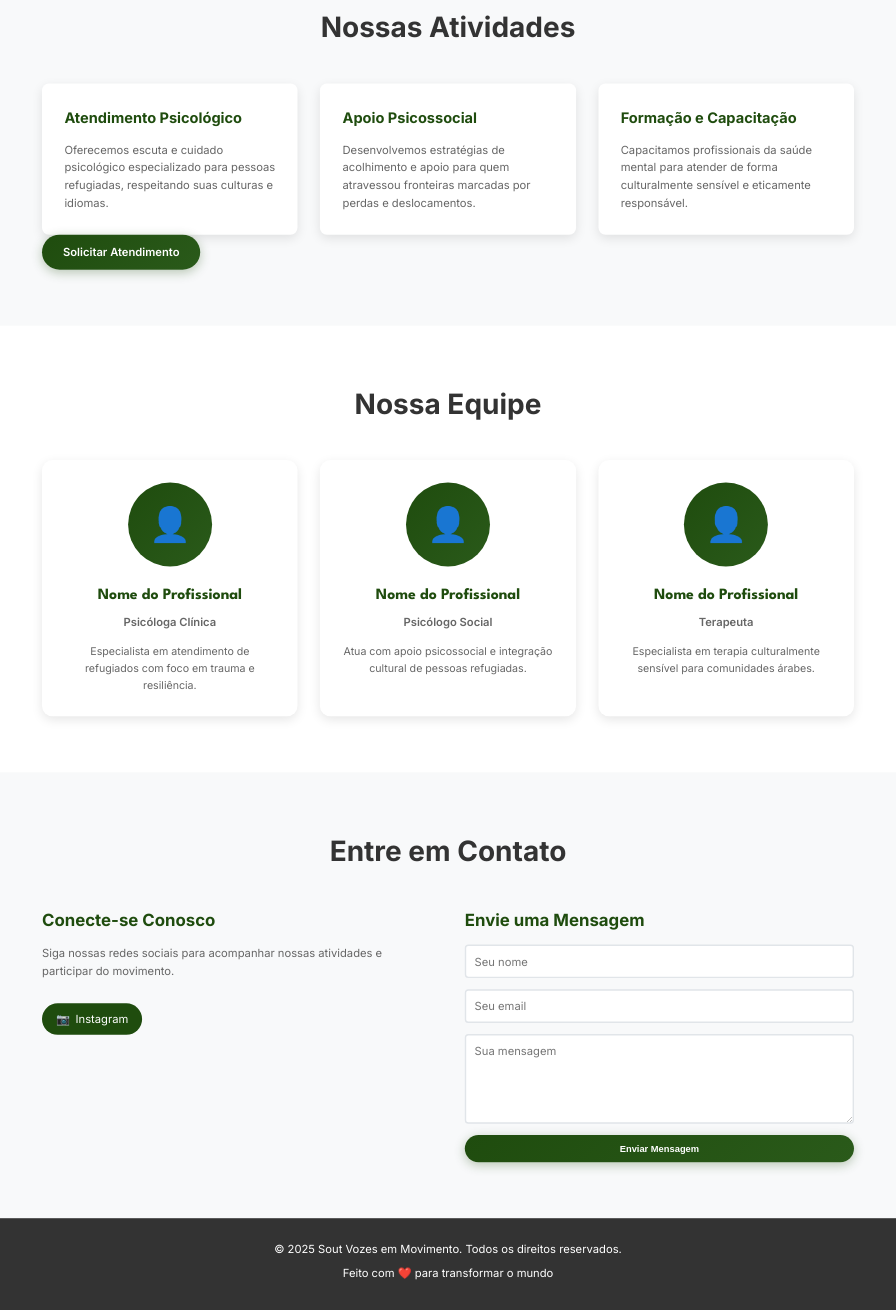
Repository: farukzahra/sout
Page: index.html
An editor plug-in stored every save of this project. The page is shown before and after the next save, followed by the edit.
The browser window is 1280 px wide. The pictures show the part of the page from y = 1466 to 3386 px (the page is 3338 px tall before and 3386 px after), at 70% of full size.
Some web fonts or font styles are not loaded; a fallback is used.

Above is the page before, as saved 2025-10-02 18:58:03.

### index.html
<!DOCTYPE html>
<html lang="pt-BR">
<head>
    <meta charset="UTF-8">
    <meta name="viewport" content="width=device-width, initial-scale=1.0">
    <title>Sout Vozes em Movimento</title>
    <meta name="description" content="Sout Vozes em Movimento - Movimento social e cultural">
    <link rel="stylesheet" href="style.css">
    <link href="https://fonts.googleapis.com/css2?family=Inter:wght@300;400;600;700&display=swap" rel="stylesheet">
    <link href="https://fonts.googleapis.com/css2?family=League+Spartan:wght@400;500;600;700;800;900&display=swap" rel="stylesheet">
    <link href="https://fonts.googleapis.com/css2?family=TT+Chocolates:wght@400;500;600;700;800;900&display=swap" rel="stylesheet">
</head>
<body>
    <header class="header">
        <nav class="nav">
            <div class="nav-brand">
                <h1>صوت</h1>
            </div>
            <ul class="nav-menu">
                <li><a href="#sobre">Sobre</a></li>
                <li><a href="#atividades">Atividades</a></li>
                <li><a href="#equipe">Equipe</a></li>
                <li><a href="#contato">Contato</a></li>
            </ul>
        </nav>
    </header>

    <main>
        <section class="hero">
            <div class="hero-content">
                <div class="hero-logo">
                    <img src="logo-sout.png" alt="Sout Vozes em Movimento" class="logo-image">
                </div>
                <p>Somos uma rede de profissionais da saúde mental dedicada ao acolhimento e atendimento de pessoas refugiadas que falam árabe ou inglês.</p>
                <div class="hero-buttons">
                    <a href="#sobre" class="btn btn-primary">Conheça o Movimento</a>
                    <a href="https://www.instagram.com/sout_vozesemmovimento/" target="_blank" class="btn btn-secondary">Siga no Instagram</a>
                    <a href="https://docs.google.com/forms/d/e/1FAIpQLSdX9GY8Kb4WV73kovT06PzRr-wZtflIAKzWhxLjnU2snoAhzg/viewform" target="_blank" class="btn btn-tertiary">Seja Voluntário</a>
                </div>
            </div>
        </section>

        <section id="sobre" class="section">
            <div class="container">
                <h2>Sobre o Sout</h2>
                <div class="about-content">
                    <div class="about-text">
                        <p>"Sout - Vozes em Movimento" é uma rede de profissionais da saúde mental, com foco no acolhimento e atendimento de pessoas refugiadas que falam árabe ou inglês.</p>
                        <p>Atuamos de forma ética, sensível e culturalmente situada, oferecendo escuta, cuidado psicológico e apoio psicossocial a quem atravessou fronteiras marcadas por guerras, perdas e deslocamentos forçados.</p>
                        <p>Mais do que um serviço, Sout é um gesto coletivo de resistência e presença: escutamos histórias que o mundo silencia e cuidamos de vozes que seguem em movimento.</p>
                        <p>Num tempo em que tantas portas se fecham, escolhemos abrir escuta e afeto na língua que abriga a alma.</p>
                        <p>Acompanhe e apoie nosso trabalho!</p>
                    </div>
                    <div class="about-image">
                        <div class="placeholder-image">
                            <span>Imagem do Coletivo</span>
                        </div>
                    </div>
                </div>
            </div>
        </section>

        <section id="atividades" class="section section-alt">
            <div class="container">
                <h2>Nossas Atividades</h2>
                <div class="activities-grid">
                    <div class="activity-card">
                        <h3>Atendimento Psicológico</h3>
                        <p>Oferecemos escuta e cuidado psicológico especializado para pessoas refugiadas, respeitando suas culturas e idiomas.</p>
                    </div>
                    <div class="activity-card">
                        <h3>Apoio Psicossocial</h3>
                        <p>Desenvolvemos estratégias de acolhimento e apoio para quem atravessou fronteiras marcadas por perdas e deslocamentos.</p>
                    </div>
                    <div class="activity-card">
                        <h3>Formação e Capacitação</h3>
                        <p>Capacitamos profissionais da saúde mental para atender de forma culturalmente sensível e eticamente responsável.</p>
                    </div>
                </div>
                <div class="activities-cta">
                    <a href="https://docs.google.com/forms/d/e/1FAIpQLSe5NEX1NYhxfed3NNeuTooWfu9DNvktDcvF1o4Ne_LvsSUjIw/viewform" target="_blank" class="btn btn-primary">Solicitar Atendimento</a>
                </div>
            </div>
        </section>

        <section id="equipe" class="section">
            <div class="container">
                <h2>Nossa Equipe</h2>
                <div class="team-grid">
                    <div class="team-card">
                        <div class="team-photo">
                            <div class="placeholder-photo">
                                <span>👤</span>
                            </div>
                        </div>
                        <h3>Nome do Profissional</h3>
                        <p class="team-role">Psicóloga Clínica</p>
                        <p class="team-description">Especialista em atendimento de refugiados com foco em trauma e resiliência.</p>
                    </div>
                    <div class="team-card">
                        <div class="team-photo">
                            <div class="placeholder-photo">
                                <span>👤</span>
                            </div>
                        </div>
                        <h3>Nome do Profissional</h3>
                        <p class="team-role">Psicólogo Social</p>
                        <p class="team-description">Atua com apoio psicossocial e integração cultural de pessoas refugiadas.</p>
                    </div>
                    <div class="team-card">
                        <div class="team-photo">
                            <div class="placeholder-photo">
                                <span>👤</span>
                            </div>
                        </div>
                        <h3>Nome do Profissional</h3>
                        <p class="team-role">Terapeuta</p>
                        <p class="team-description">Especialista em terapia culturalmente sensível para comunidades árabes.</p>
                    </div>
                </div>
            </div>
        </section>

        <section id="contato" class="section section-alt">
            <div class="container">
                <h2>Entre em Contato</h2>
                <div class="contact-content">
                    <div class="contact-info">
                        <h3>Conecte-se Conosco</h3>
                        <p>Siga nossas redes sociais para acompanhar nossas atividades e participar do movimento.</p>
                        <div class="social-links">
                            <a href="https://www.instagram.com/sout_vozesemmovimento/" target="_blank" class="social-link">
                                <span>📷</span> Instagram
                            </a>
                        </div>
                    </div>
                    <div class="contact-form">
                        <h3>Envie uma Mensagem</h3>
                        <form action="https://api.web3forms.com/submit" method="POST" id="contact-form">
                            <input type="hidden" name="access_key" value="3ed1149a-7ec4-41a6-8297-e322822d6b4c">
                            <input type="hidden" name="subject" value="Nova mensagem do site Sout Vozes em Movimento">
                            <input type="text" name="name" placeholder="Seu nome" required>
                            <input type="email" name="email" placeholder="Seu email" required>
                            <textarea name="message" placeholder="Sua mensagem" rows="5" required></textarea>
                            <button type="submit" class="btn btn-primary">Enviar Mensagem</button>
                        </form>
                    </div>
                </div>
            </div>
        </section>
    </main>

    <footer class="footer">
        <div class="container">
            <p>&copy; 2025 Sout Vozes em Movimento. Todos os direitos reservados.</p>
            <p>Feito com ❤️ para transformar o mundo</p>
        </div>
    </footer>

    <script>
        // Smooth scrolling para links internos
        document.querySelectorAll('a[href^="#"]').forEach(anchor => {
            anchor.addEventListener('click', function (e) {
                e.preventDefault();
                const target = document.querySelector(this.getAttribute('href'));
                if (target) {
                    target.scrollIntoView({
                        behavior: 'smooth',
                        block: 'start'
                    });
                }
            });
        });

        // Formulário de contato com Web3Forms
        document.getElementById('contact-form').addEventListener('submit', function(e) {
            // Mostrar loading
            const submitBtn = this.querySelector('button[type="submit"]');
            const originalText = submitBtn.textContent;
            submitBtn.textContent = 'Enviando...';
            submitBtn.disabled = true;

            // O Web3Forms vai processar automaticamente
            // Não precisamos de preventDefault() pois queremos que o form seja enviado
        });
    </script>
</body>
</html>

### style.css
/* Reset e configurações básicas */
* {
    margin: 0;
    padding: 0;
    box-sizing: border-box;
}

body {
    font-family: 'Inter', sans-serif;
    line-height: 1.6;
    color: #333;
    background-color: #fff;
}

.container {
    max-width: 1200px;
    margin: 0 auto;
    padding: 0 20px;
}

/* Header */
.header {
    background-color: #1F4C0E;
    color: white;
    padding: 1rem 0;
    position: fixed;
    top: 0;
    width: 100%;
    z-index: 1000;
    box-shadow: 0 2px 10px rgba(0,0,0,0.1);
}

.nav {
    display: flex;
    justify-content: space-between;
    align-items: center;
    max-width: 1200px;
    margin: 0 auto;
    padding: 0 20px;
}

.nav-brand h1 {
    font-size: 1.5rem;
    font-weight: 700;
    direction: rtl;
    font-family: 'TT Chocolates', 'League Spartan', 'Inter', 'Arial', sans-serif;
}

.hero-logo {
    margin-bottom: 1rem;
}

.logo-image {
    max-width: 400px;
    width: 100%;
    height: auto;
    object-fit: contain;
}

.hero-logo .logo-subtitle {
    font-size: 1.2rem;
    opacity: 0.9;
}

.nav-menu {
    display: flex;
    list-style: none;
    gap: 2rem;
}

.nav-menu a {
    color: white;
    text-decoration: none;
    font-weight: 500;
    transition: opacity 0.3s ease;
}

.nav-menu a:hover {
    opacity: 0.8;
}

/* Hero Section */
.hero {
    background-color: #1F4C0E;
    color: white;
    padding: 60px 0 80px;
    text-align: center;
    min-height: 100vh;
    display: flex;
    align-items: center;
    justify-content: center;
}


.hero-content h2 {
    font-size: 3rem;
    font-weight: 700;
    margin-bottom: 1rem;
    text-shadow: 2px 2px 4px rgba(0,0,0,0.3);
    font-family: 'League Spartan', 'Inter', 'Arial', sans-serif;
}

.hero-content {
    max-width: 800px;
    margin: 0 auto;
    padding: 0 20px;
}

.hero-content p {
    font-size: 1.2rem;
    margin-top: 1rem;
    margin-bottom: 2rem;
    max-width: 600px;
    margin-left: auto;
    margin-right: auto;
    opacity: 0.9;
}

.hero-buttons {
    display: flex;
    gap: 1rem;
    justify-content: center;
    flex-wrap: wrap;
}

/* Botões */
.btn {
    display: inline-block;
    padding: 12px 30px;
    text-decoration: none;
    border-radius: 50px;
    font-weight: 600;
    transition: all 0.3s ease;
    border: 2px solid transparent;
}

.btn-primary {
    background: linear-gradient(135deg, #1F4C0E 0%, #2a5a1a 100%);
    color: white;
    border: none;
    box-shadow: 0 4px 15px rgba(31, 76, 14, 0.3);
    transition: all 0.3s ease;
}

.btn-primary:hover {
    background: linear-gradient(135deg, #2a5a1a 0%, #1F4C0E 100%);
    transform: translateY(-2px);
    box-shadow: 0 6px 20px rgba(31, 76, 14, 0.4);
}

.btn-secondary {
    background: transparent;
    color: white;
    border: 2px solid white;
    box-shadow: 0 4px 15px rgba(255, 255, 255, 0.2);
}

.btn-secondary:hover {
    background: white;
    color: #1F4C0E;
    transform: translateY(-2px);
    box-shadow: 0 6px 20px rgba(255, 255, 255, 0.3);
}

.btn-tertiary {
    background: rgba(255, 255, 255, 0.1);
    color: white;
    border: 2px solid rgba(255, 255, 255, 0.3);
    backdrop-filter: blur(10px);
    box-shadow: 0 4px 15px rgba(255, 255, 255, 0.1);
}

.btn-tertiary:hover {
    background: rgba(255, 255, 255, 0.2);
    border-color: rgba(255, 255, 255, 0.5);
    transform: translateY(-2px);
    box-shadow: 0 6px 20px rgba(255, 255, 255, 0.2);
}

/* Seções */
.section {
    padding: 80px 0;
}

.section-alt {
    background-color: #f8f9fa;
}

.section h2 {
    text-align: center;
    font-size: 2.5rem;
    margin-bottom: 3rem;
    color: #333;
}

/* Sobre */
.about-content {
    display: grid;
    grid-template-columns: 2fr 1fr;
    gap: 3rem;
    align-items: center;
}

.about-text p {
    font-size: 1.1rem;
    margin-bottom: 1.5rem;
    color: #666;
}

.placeholder-image {
    background-color: #1F4C0E;
    height: 300px;
    border-radius: 10px;
    display: flex;
    align-items: center;
    justify-content: center;
    color: white;
    font-size: 1.2rem;
    font-weight: 600;
}

/* Atividades */
.activities-grid {
    display: grid;
    grid-template-columns: repeat(auto-fit, minmax(300px, 1fr));
    gap: 2rem;
}

/* Equipe */
.team-grid {
    display: grid;
    grid-template-columns: repeat(auto-fit, minmax(280px, 1fr));
    gap: 2rem;
    margin-top: 2rem;
}

.team-card {
    background: white;
    padding: 2rem;
    border-radius: 15px;
    box-shadow: 0 5px 15px rgba(0,0,0,0.1);
    text-align: center;
    transition: transform 0.3s ease, box-shadow 0.3s ease;
}

.team-card:hover {
    transform: translateY(-5px);
    box-shadow: 0 10px 25px rgba(0,0,0,0.15);
}

.team-photo {
    margin-bottom: 1.5rem;
}

.placeholder-photo {
    width: 120px;
    height: 120px;
    background: linear-gradient(135deg, #1F4C0E 0%, #2a5a1a 100%);
    border-radius: 50%;
    display: flex;
    align-items: center;
    justify-content: center;
    margin: 0 auto;
    font-size: 3rem;
    color: white;
}

.team-card h3 {
    color: #1F4C0E;
    margin-bottom: 0.5rem;
    font-size: 1.4rem;
    font-family: 'League Spartan', 'Inter', 'Arial', sans-serif;
}

.team-role {
    color: #666;
    font-weight: 600;
    margin-bottom: 1rem;
    font-size: 1rem;
}

.team-description {
    color: #666;
    line-height: 1.6;
    font-size: 0.95rem;
}

.activity-card {
    background: white;
    padding: 2rem;
    border-radius: 10px;
    box-shadow: 0 5px 15px rgba(0,0,0,0.1);
    transition: transform 0.3s ease, box-shadow 0.3s ease;
}

.activity-card:hover {
    transform: translateY(-5px);
    box-shadow: 0 10px 25px rgba(0,0,0,0.15);
}

.activity-card h3 {
    color: #1F4C0E;
    margin-bottom: 1rem;
    font-size: 1.3rem;
}

.activity-card p {
    color: #666;
    line-height: 1.6;
}

/* Contato */
.contact-content {
    display: grid;
    grid-template-columns: 1fr 1fr;
    gap: 3rem;
}

.contact-info h3 {
    color: #1F4C0E;
    margin-bottom: 1rem;
    font-size: 1.5rem;
}

.contact-info p {
    color: #666;
    margin-bottom: 2rem;
}

.social-links {
    display: flex;
    gap: 1rem;
}

.social-link {
    display: flex;
    align-items: center;
    gap: 0.5rem;
    padding: 10px 20px;
    background-color: #1F4C0E;
    color: white;
    text-decoration: none;
    border-radius: 25px;
    transition: transform 0.3s ease;
}

.social-link:hover {
    transform: translateY(-2px);
}

.contact-form h3 {
    color: #1F4C0E;
    margin-bottom: 1rem;
    font-size: 1.5rem;
}

.contact-form form {
    display: flex;
    flex-direction: column;
    gap: 1rem;
}

.contact-form input,
.contact-form textarea {
    padding: 12px;
    border: 2px solid #e1e5e9;
    border-radius: 5px;
    font-family: inherit;
    font-size: 1rem;
    transition: border-color 0.3s ease;
}

.contact-form input:focus,
.contact-form textarea:focus {
    outline: none;
    border-color: #1F4C0E;
}

.contact-form textarea {
    resize: vertical;
    min-height: 120px;
}

/* Footer */
.footer {
    background: #333;
    color: white;
    text-align: center;
    padding: 2rem 0;
}

.footer p {
    margin-bottom: 0.5rem;
}

/* Responsividade */
@media (max-width: 768px) {
    .nav {
        flex-direction: column;
        gap: 1rem;
    }

    .nav-menu {
        gap: 1rem;
    }

    .logo-image {
        max-width: 300px;
    }

    .hero-content h2 {
        font-size: 2rem;
        font-family: 'League Spartan', 'Inter', 'Arial', sans-serif;
    }

    .hero-buttons {
        flex-direction: column;
        align-items: center;
        gap: 0.8rem;
    }

    .about-content,
    .contact-content {
        grid-template-columns: 1fr;
        gap: 2rem;
    }

    .activities-grid {
        grid-template-columns: 1fr;
    }

    .team-grid {
        grid-template-columns: 1fr;
    }

    .section h2 {
        font-size: 2rem;
    }
}

@media (max-width: 480px) {
    .hero {
        padding: 40px 0 60px;
    }

    .logo-image {
        max-width: 250px;
    }

    .hero-content h2 {
        font-size: 1.8rem;
        font-family: 'League Spartan', 'Inter', 'Arial', sans-serif;
    }

    .hero-content p {
        font-size: 1rem;
    }

    .section {
        padding: 60px 0;
    }

    .container {
        padding: 0 15px;
    }
}

After the next save:
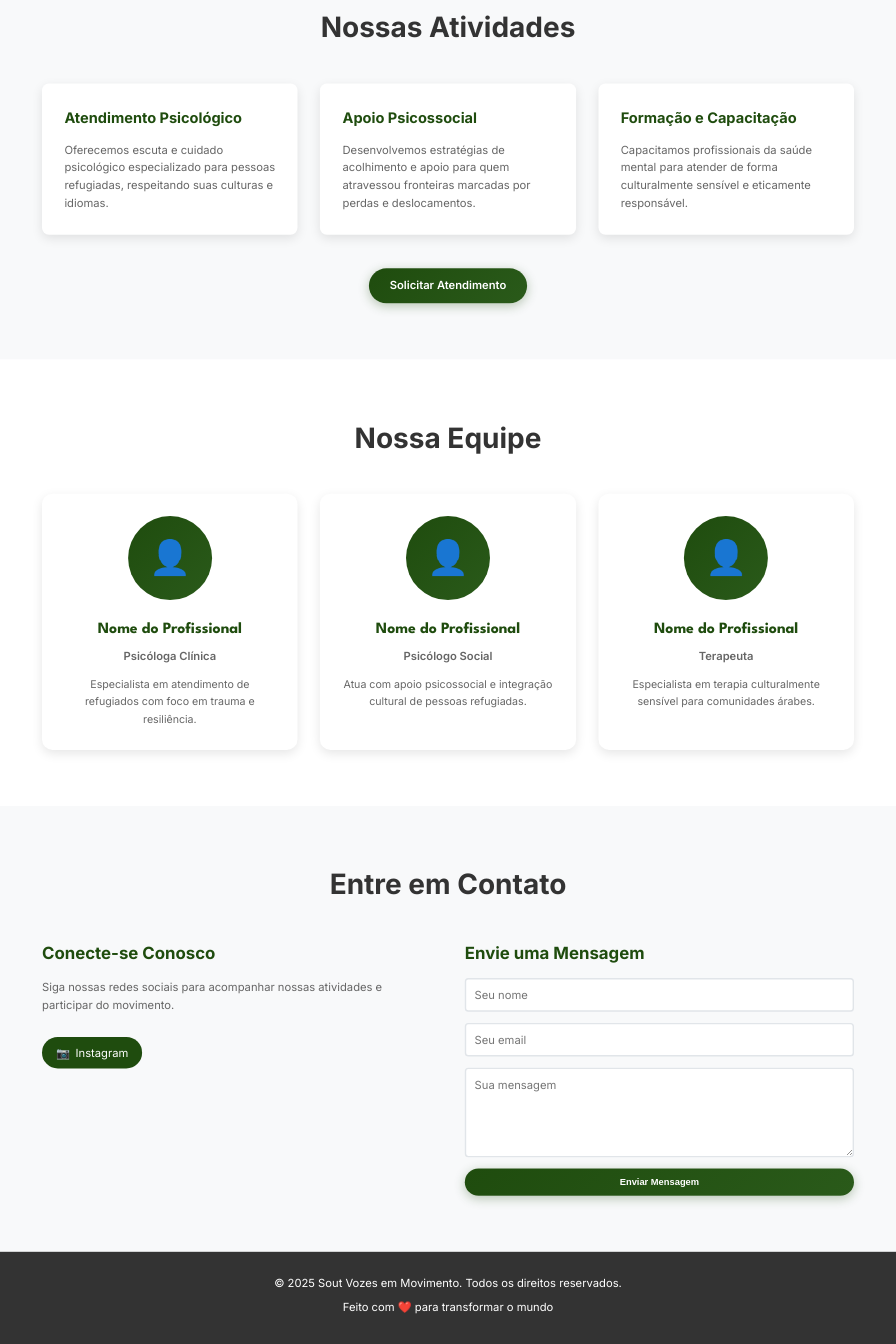
Saved 4 s later.
--- a/style.css
+++ b/style.css
@@ -309,6 +309,11 @@ body {
     line-height: 1.6;
 }
 
+.activities-cta {
+    text-align: center;
+    margin-top: 3rem;
+}
+
 /* Contato */
 .contact-content {
     display: grid;
